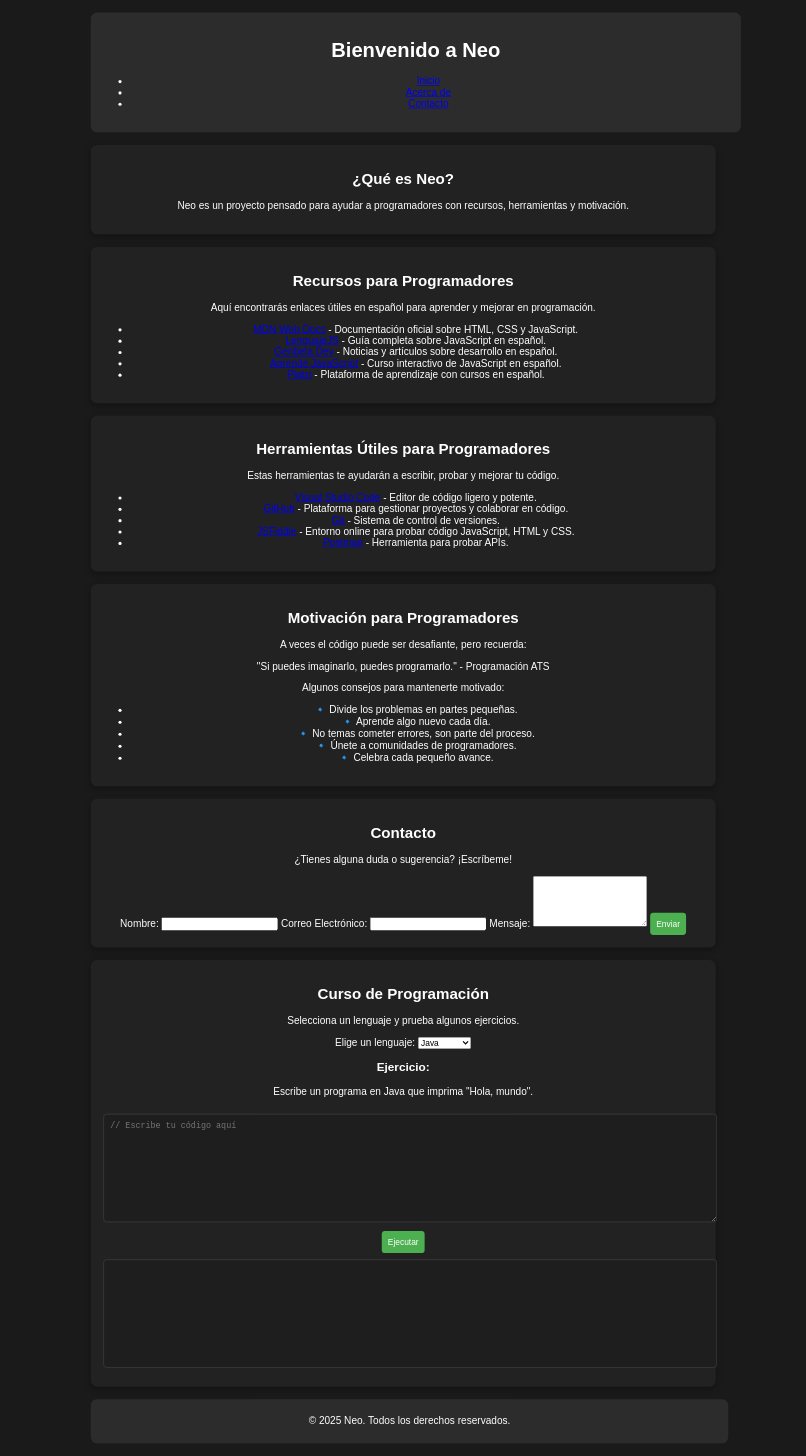
Repository: TapZc/getya_proyect
Page: index.html
The author's editor kept a copy of each file at every save. The page is drawn from the files as they stood at one save, then again after the next save.
The browser window is 1280 px wide. The pictures show the whole page, at 63% of full size.

Above is the page before, as saved 2025-02-21 07:50:32.

After the next save:
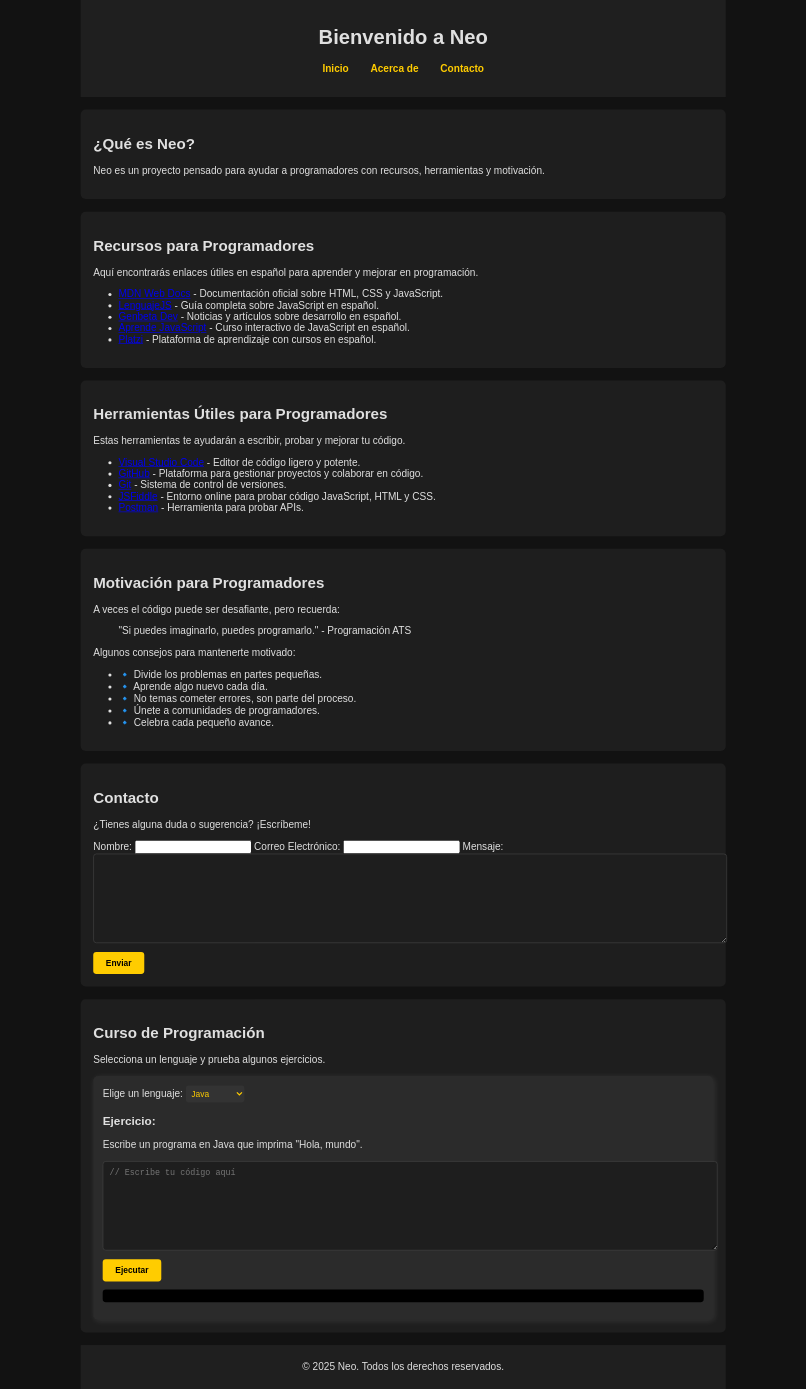
Saved 19 s later.
--- a/styles.css
+++ b/styles.css
@@ -1,75 +1,105 @@
-/* 🔥 Modo oscuro mejorado */
+/* Estilos Generales */
 body {
-    background-color: #1a1a1a;
-    color: #ffffff;
+    background-color: #121212; /* Fondo oscuro */
+    color: #e0e0e0; /* Texto en color claro */
     font-family: Arial, sans-serif;
-    display: flex;
-    flex-direction: column;
-    align-items: center;
     margin: 0;
-    padding: 20px;
+    padding: 0;
 }
 
-/* Contenedor principal para centrar todo */
+/* Contenedor principal */
 .container {
     width: 80%;
-    max-width: 1000px;
+    margin: auto;
 }
 
-/* Secciones con mejor diseño */
-section {
-    background-color: #222; /* Más oscuro */
+/* Header */
+header {
+    background: #1f1f1f;
     padding: 20px;
-    margin: 20px 0;
-    border-radius: 10px;
-    box-shadow: 0px 4px 10px rgba(0, 0, 0, 0.3);
     text-align: center;
 }
 
-/* Cabecera */
-header {
+nav ul {
+    list-style: none;
+    padding: 0;
+}
+
+nav ul li {
+    display: inline;
+    margin: 0 15px;
+}
+
+nav a {
+    color: #ffcc00;
+    text-decoration: none;
+    font-weight: bold;
+}
+
+/* Secciones */
+section {
+    background: #1e1e1e;
+    padding: 20px;
+    margin: 20px 0;
+    border-radius: 8px;
+}
+
+/* Editor de Código */
+.curso-container {
+    background: #2b2b2b;
+    padding: 15px;
+    border-radius: 8px;
+    box-shadow: 2px 2px 10px rgba(255, 255, 255, 0.1);
+}
+
+textarea {
     width: 100%;
-    background-color: #2c2c2c;
-    padding: 20px;
-    text-align: center;
-    border-radius: 10px;
-    margin-bottom: 20px;
+    height: 120px;
+    background: #1e1e1e;
+    color: #00ff00;
+    font-family: monospace;
+    border: 1px solid #444;
+    padding: 10px;
+    border-radius: 5px;
+}
+
+/* Botón Ejecutar */
+button {
+    background: #ffcc00;
+    color: #000;
+    padding: 10px 20px;
+    border: none;
+    cursor: pointer;
+    font-weight: bold;
+    border-radius: 5px;
+    margin-top: 10px;
+}
+
+button:hover {
+    background: #ffaa00;
+}
+
+/* Select de Lenguaje */
+select {
+    background: #333;
+    color: #ffcc00;
+    padding: 5px;
+    border: none;
+    border-radius: 5px;
+}
+
+/* Resultado */
+pre {
+    background: #000;
+    padding: 10px;
+    border-radius: 5px;
+    color: #ffcc00;
+    font-family: monospace;
 }
 
 /* Footer */
 footer {
-    width: 100%;
-    background-color: #2c2c2c;
+    text-align: center;
     padding: 10px;
-    text-align: center;
-    border-radius: 10px;
-    margin-top: 20px;
+    background: #1f1f1f;
 }
-
-/* Área de código y resultado */
-#codigo, #resultado {
-    background-color: #1e1e1e;
-    color: #ffffff;
-    border: 1px solid #444;
-    padding: 10px;
-    border-radius: 5px;
-    width: 100%;
-    height: 150px;
-    margin: 10px 0;
-}
-
-/* Botón */
-button {
-    background-color: #4caf50;
-    color: white;
-    border: none;
-    padding: 10px;
-    border-radius: 5px;
-    cursor: pointer;
-    transition: background 0.3s, transform 0.1s;
-}
-
-button:hover {
-    background-color: #388e3c;
-    transform: scale(1.05);
-}
